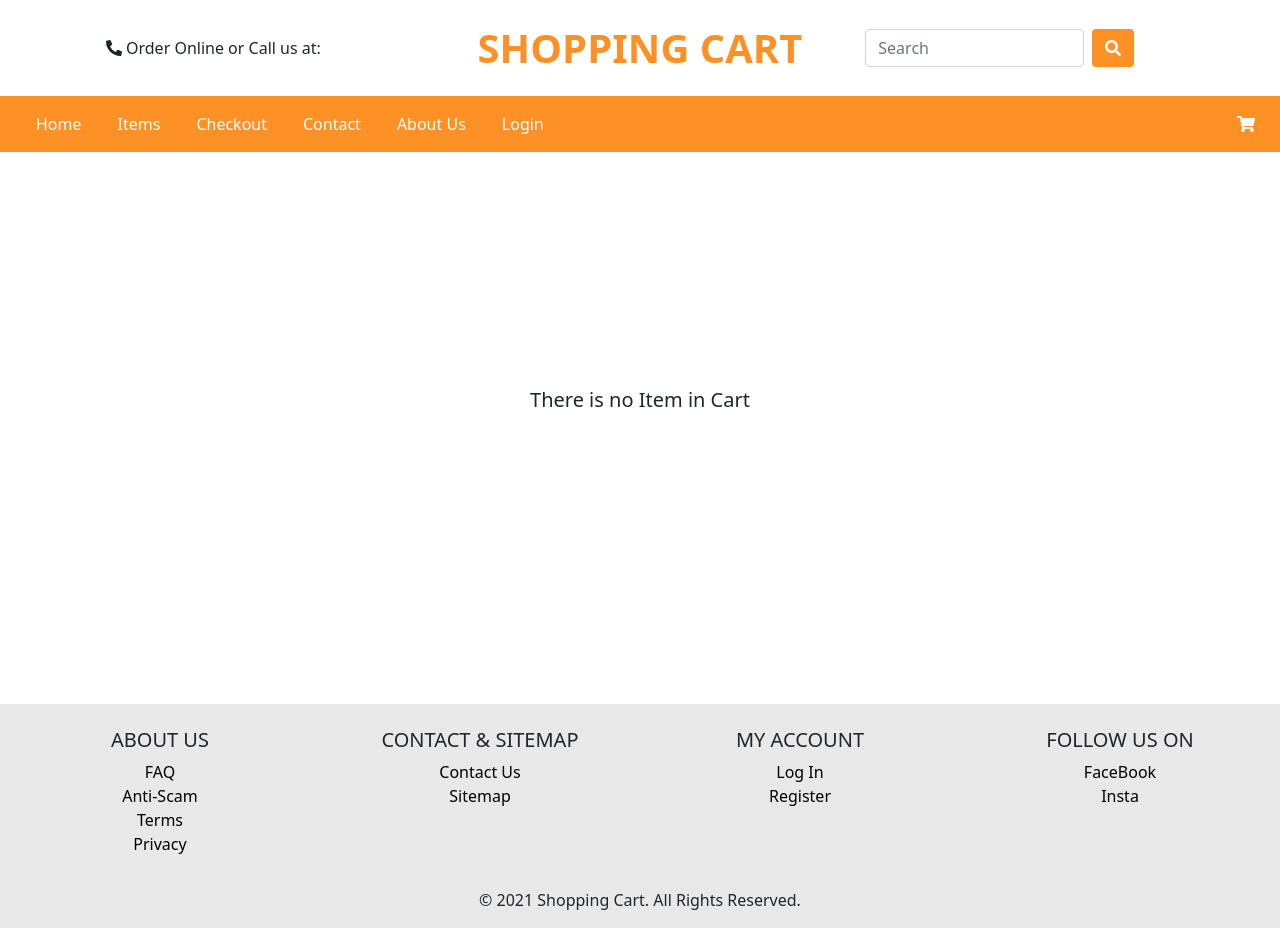
Repository: SaudCh/React-Ecommerce
Page: /cart
An editor plug-in stored every save of this project. The page is shown before and after the next save, followed by the edit.
The browser window is 1280 px wide. The pictures show the whole page.
The project was rebuilt for these pictures with package versions that can differ from the ones it lists, and the page was loaded fresh each time. Also part of the build but not shown: src/App.css, src/Home/Carousel.jsx, src/data/items.js, src/data/discounted.js, src/Home/Card.jsx, src/Home/home.jsx, src/Login/Login.jsx, src/Register/register.jsx and 5 more.

Above is the page before, as saved 2021-12-27 22:38:14.

After the next save:
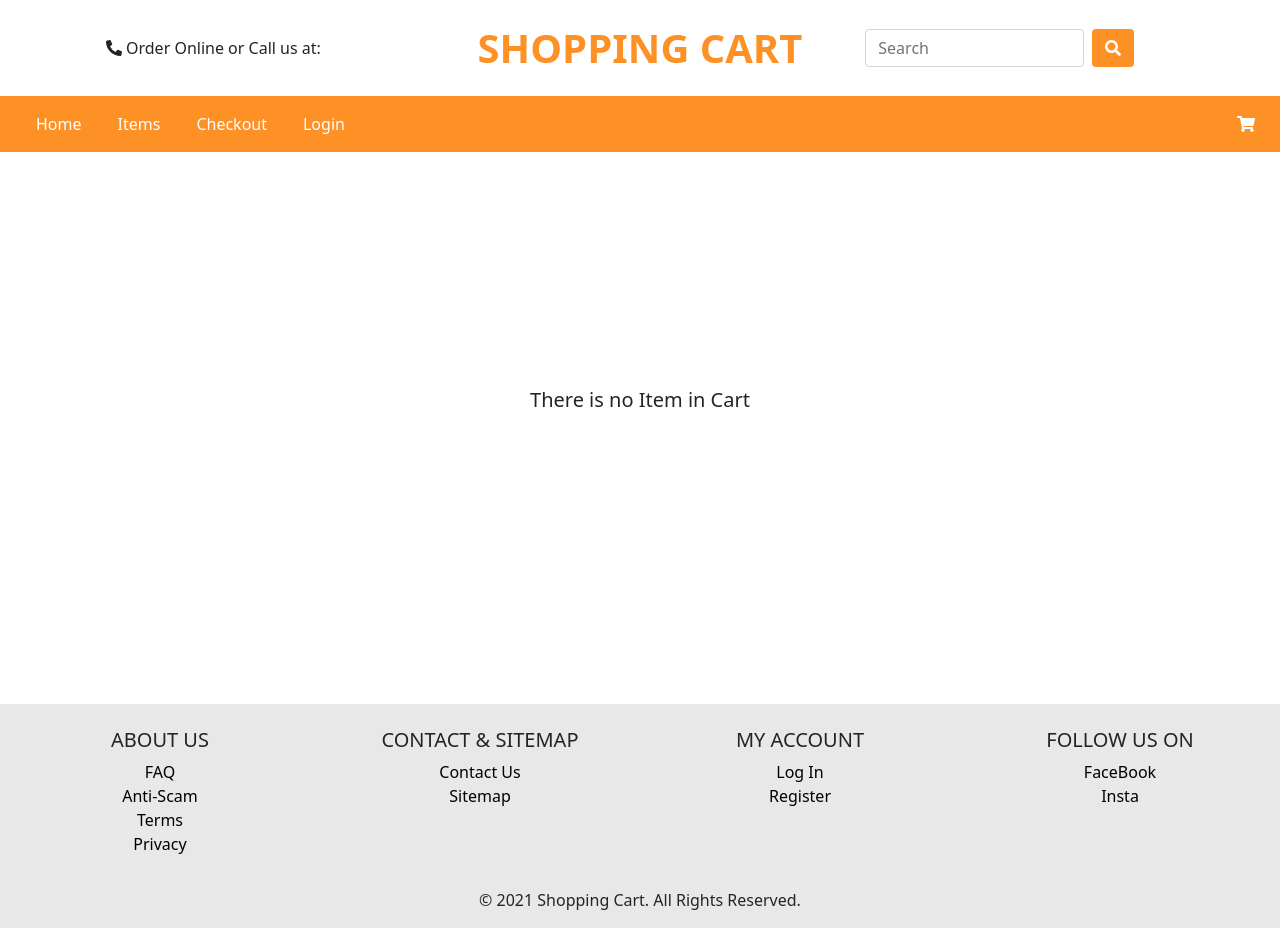
Saved 46 s later.
--- a/src/Header/Header.jsx
+++ b/src/Header/Header.jsx
@@ -83,7 +83,7 @@ export default function Header(props) {
                   Checkout
                 </Link>
               </li>
-              <li class="nav-item">
+              {/* <li class="nav-item">
                 <Link
                   class="nav-link text-white"
                   to="#"
@@ -102,7 +102,7 @@ export default function Header(props) {
                 >
                   About Us
                 </Link>
-              </li>
+              </li>*/}
               <li class="nav-item">
                 <Link
                   class="nav-link text-white"
